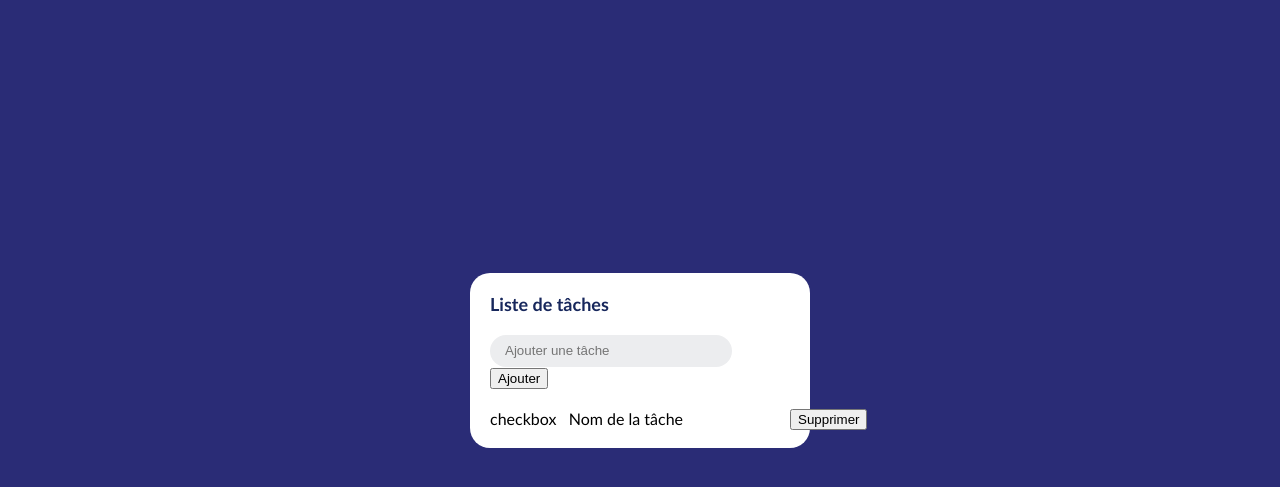
Repository: ndiemenguer/convertisseur
Page: / (app in todo-isep/)
The author's editor kept a copy of each file at every save. The page is drawn from the files as they stood at one save, then again after the next save.
The browser window is 1280 px wide. The pictures show the whole page.
The project was rebuilt for these pictures with package versions that can differ from the ones it lists, and the page was loaded fresh each time. Also part of the build but not shown: todo-isep/vite.config.js, todo-isep/src/Application.jsx, todo-isep/src/index.css.

Above is the page before, as saved 2023-05-06 12:28:46.

### todo-isep/src/main.jsx
import React from 'react'
import ReactDOM from 'react-dom/client'
import App from './App.jsx'
import ApplicationDev from './Application.jsx'
import './index.css'


ReactDOM.createRoot(document.getElementById('root')).render(
  <React.StrictMode>
    <App />
  </React.StrictMode>,
)

### todo-isep/src/App.jsx
import "./App.css";

function App() {
  return (
    <>
      <main className="container">
        <div className="title">Liste de tâches</div>
        <div className="input-box">
          <input
            type="text"
            className="input"
            placeholder="Ajouter une tâche"
          />
          <button>Ajouter</button>
        </div>
        <div className="todo-list">
          <div className="todo-box">
            <div>checkbox &nbsp; Nom de la tâche</div>
            <div>
              <button className="button">Supprimer</button>
            </div>
          </div>
        </div>
      </main>
    </>
  );
}

export default App;

### todo-isep/src/App.css
body {
  background: #2a2c76;
  display: flex;
  height: 100vh;
  width: 100vw;
  margin: 0;
  justify-content: center;
  align-items: center;
  font-family: calibri;
}

.container {
  background: white;
  width: 300px;
  min-height: 100px;
  border-radius: 20px;
  display: flex;
  flex-direction: column;
  gap: 20px;
  padding: 20px;
}

.container .title {
  font-size: 18px;
  font-weight: 600;
  color: #17275c;
}

.input-box {
  position: relative;
}

.todo-list {
  display: flex;
  flex-direction: column;
  gap: 10px;
}

.todo-box {
  display: flex;
  justify-content: space-between;
}

.input {
  width: 75%;
  height: 30px;
  border-radius: 20px;
  border: 0;
  outline: none;
  background-color: #ecedef;
  padding-left: 15px;
}

.button {
  position: absolute;
}

Loaded but not shown: todo-isep/index.html (common file)

After the next save:
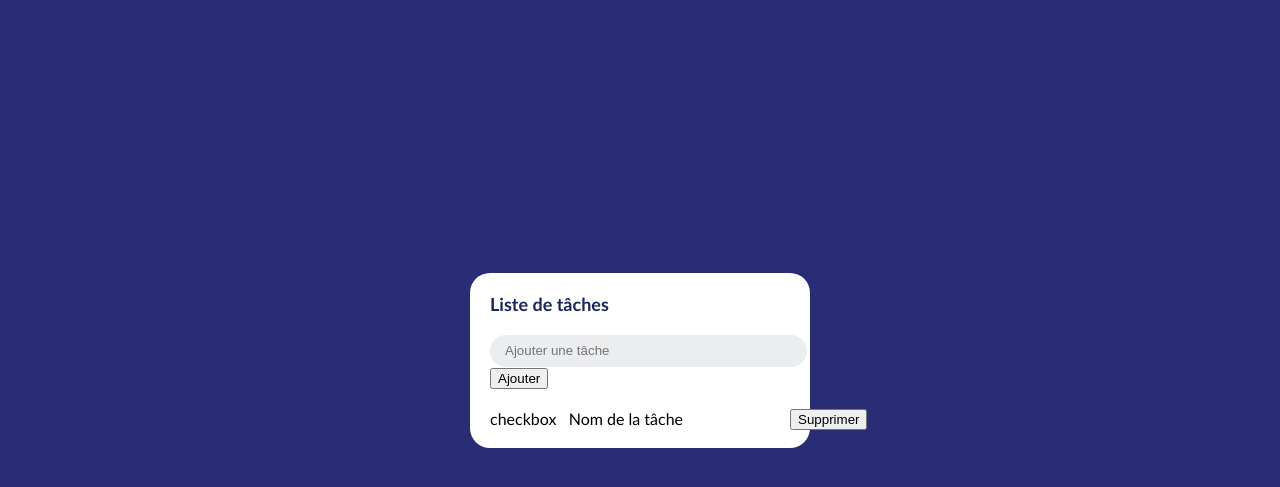
Saved 14 s later.
--- a/todo-isep/src/App.css
+++ b/todo-isep/src/App.css
@@ -42,7 +42,7 @@ body {
 }
 
 .input {
-  width: 75%;
+  width: 100%;
   height: 30px;
   border-radius: 20px;
   border: 0;
